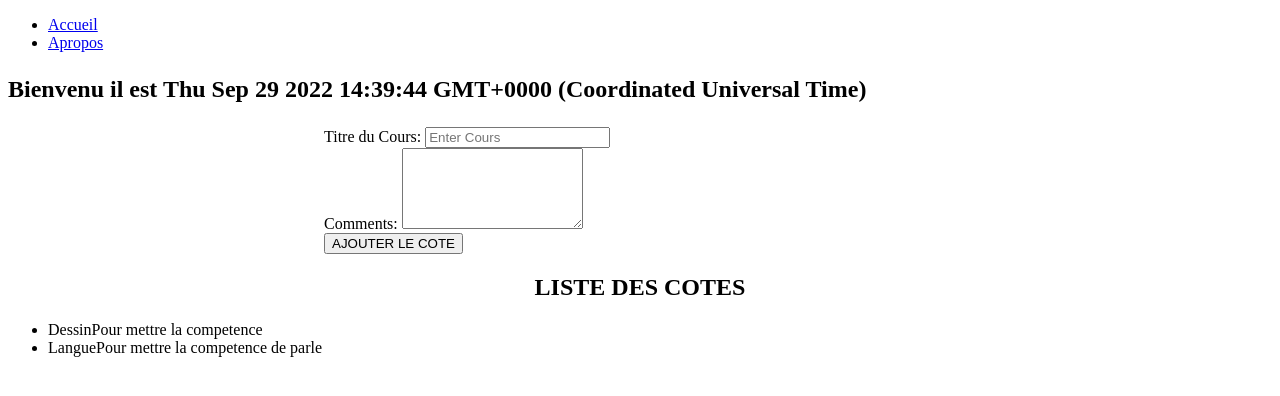
Repository: SKB-TECH/MinProject
Page: http://localhost/
An editor plug-in stored every save of this project. The page is shown before and after the next save, followed by the edit.
The browser window is 1280 px wide. The pictures show the whole page.
The page is served by the project's Node server (app.js).

Above is the page before, as saved 2022-09-30 14:20:23.

### IHM/index.ejs
<!DOCTYPE html>
<html lang="en">
  <head>
    <meta charset="UTF-8" />
    <meta http-equiv="X-UA-Compatible" content="IE=edge" />
    <meta name="viewport" content="width=device-width, initial-scale=1.0" />
    <link
      rel="stylesheet"
      href="../node_modules/bootstrap/dist/css/bootstrap.min.css"
    />
    <title>NoteApp</title>
  </head>
  <body>
    <header>
      <nav class="navbar navbar-expand-sm bg-primary navbar-success">
        <div class="container-fluid">
          <ul class="navbar-nav">
            <li class="nav-item">
                <a class="nav-link active" href="/">Accueil</a>
              </li>
              <li class="nav-item">
                <a class="nav-link" href="/apropos">Apropos</a>
              </li>
          </ul>
        </div>
      </nav>
    </header>
    <section>
      <div>
        <h1>
          <p>Bienvenu il est <%= dates %> </p>
        </h1>
      </div>
      <div style="width: 50%; margin: auto;">
        <form action="/action_page.php">
          <div class="mb-3 mt-3">
            <label for="email" class="form-label">Titre du Cours:</label>
            <input
              type="email"
              class="form-control"
              id="email"
              placeholder="Enter Cours"
              name="email"
            />
          </div>
          <div class="mb-3">
            <label for="comment">Comments:</label>
            <textarea
              class="form-control"
              rows="5"
              id="comment"
              name="text"
            ></textarea>
          </div>
          <button type="submit" class="btn btn-primary width:100%">
            AJOUTER LE COTE
          </button>
        </form>
      </div>
    </section>
    <section>
        <h1 style="text-align:center;">LISTE DES COTES</h1>
        <ul>
            <% for(i=0; i<notes.length;i++) {%>
                <li>
                  <%= notes[i].titre+''+notes[i].description %>
                </li>
            <% } %>
        </ul>
    </section>
  </body>
</html>

### app.js
const express = require('express')
const { statut } = require('express/lib/response')
const app = express()

app.use(express.static('./node_modules/bootstrap/dist/css/bootstrap.min.css'))

//Definition du moteur de visualisation (vieuw engine)
app.set('view engine', 'ejs')
app.set('views', 'IHM')

//Defintion des routes
app.get('/', (requete, reponse) => {
    const dates = Date().toString()

    const notes = [
        {
            titre: "Dessin",
            description: "Pour mettre la competence"
        },
        {
            titre: "Langue",
            description: "Pour mettre la competence de parle"
        }
    ]
    reponse.status(200).render('index', { dates, notes })
})

app.get('/apropos', (requete, reponse) => {
    reponse.status(200).render('apropos')
})

app.use((requete, reponse) => {
    reponse.status(200).render('pageIntrouvable')
})

app.listen(3002, () => {
    console.log('Server lance au port 3002')
})

### IHM/pageIntrouvable.ejs
<!DOCTYPE html>
<html lang="en">
<head>
    <meta charset="UTF-8">
    <meta http-equiv="X-UA-Compatible" content="IE=edge">
    <meta name="viewport" content="width=device-width, initial-scale=1.0">
    <link
    rel="stylesheet"
    href="../node_modules/bootstrap/dist/css/bootstrap.min.css"
  />
    <title>PageNotFound</title>
</head>
<body>

    <header>
        <nav class="navbar navbar-expand-sm bg-primary navbar-success">
          <div class="container-fluid">
            <ul class="navbar-nav">
                <li class="nav-item">
                    <a class="nav-link active" href="/">Accueil</a>
                  </li>
                  <li class="nav-item">
                    <a class="nav-link" href="/apropos">Apropos</a>
                  </li>
            </ul>
          </div>
        </nav>
      </header>
   <section>
        <div style="width: 50%; margin:auto; margin-top:20px;">
            <h1>Error 404: Page Not Found</h1>
        <p>
            Vous aviez saisi un mauvais URL
        </p>
        </div>
   </section>
</body>
</html>

After the next save:
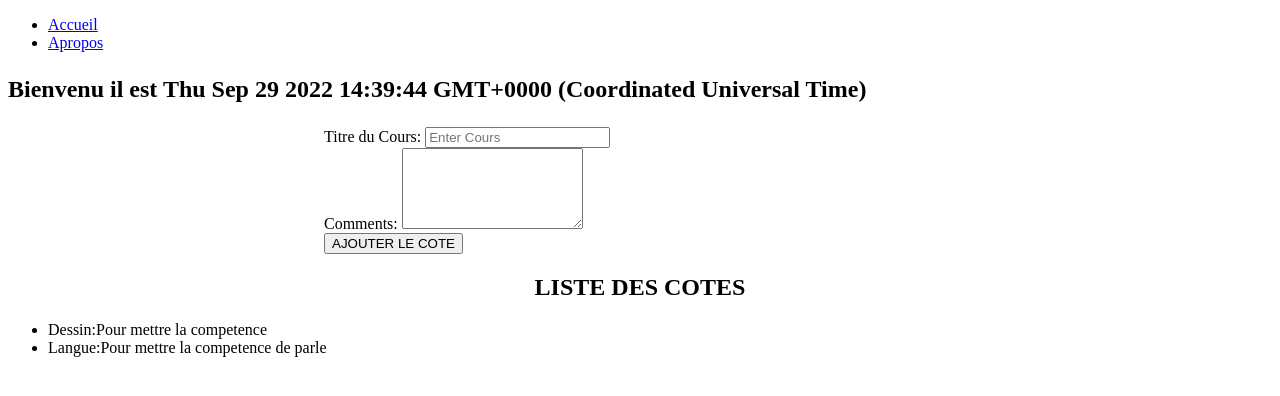
Saved 20 s later.
--- a/IHM/index.ejs
+++ b/IHM/index.ejs
@@ -63,7 +63,7 @@
         <ul>
             <% for(i=0; i<notes.length;i++) {%>
                 <li>
-                  <%= notes[i].titre+''+notes[i].description %>
+                  <%= notes[i].titre+':'+notes[i].description %>
                 </li>
             <% } %>
         </ul>
